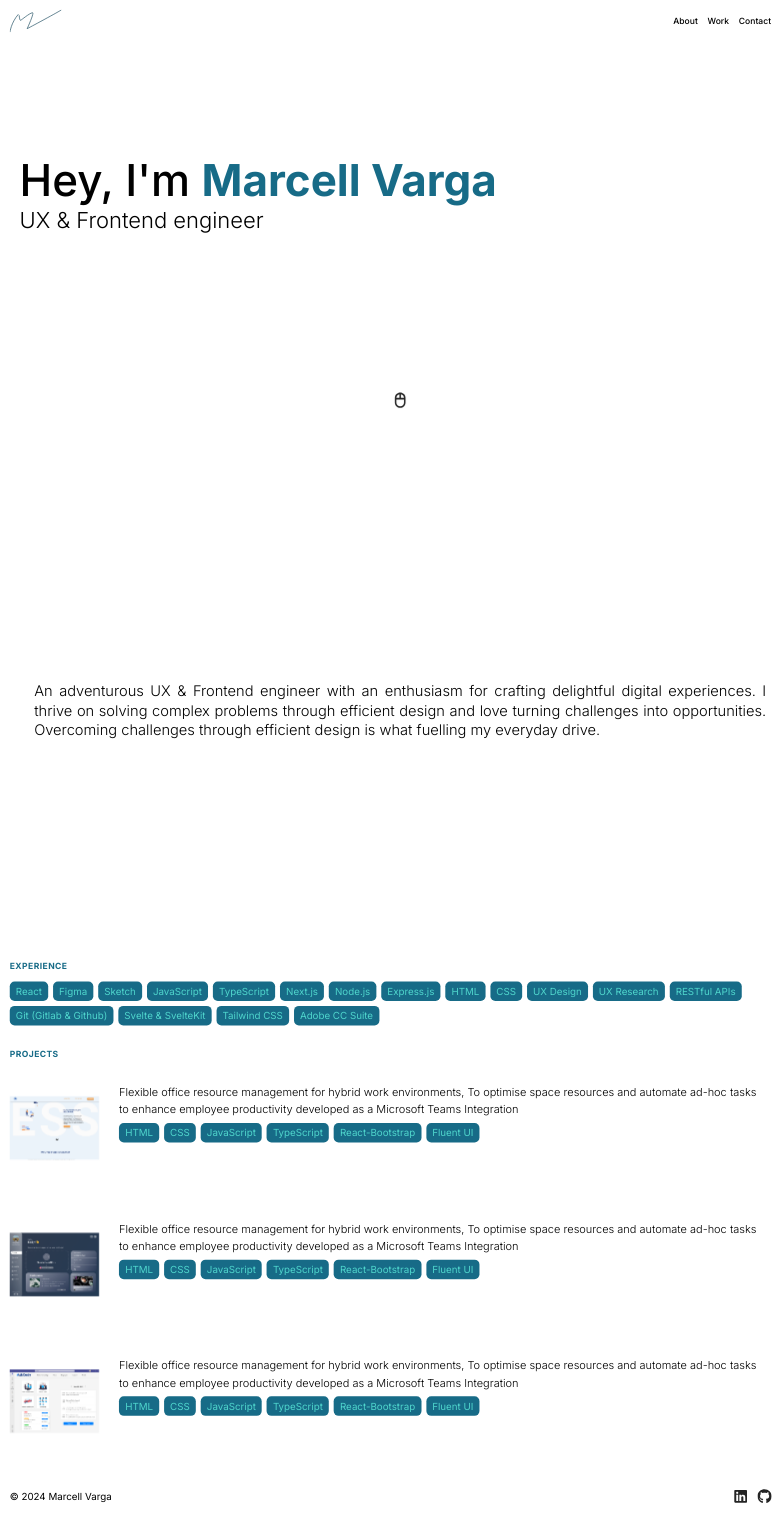
Repository: TheMarcellVarga/personal-portfolio-v.2
Page: /
An editor plug-in stored every save of this project. The page is shown before and after the next save, followed by the edit.
The browser window is 1280 px wide. The pictures show the whole page, at 61% of full size.
The project was rebuilt for these pictures with package versions that can differ from the ones it lists, and the page was loaded fresh each time. The framework's server and built-in components were replaced by stand-ins that run in the browser. Also part of the build but not shown: next.config.mjs.

Above is the page before, as saved 2024-04-25 01:12:05.

### app/layout.tsx
import type { Metadata } from "next";
import { Inter } from "next/font/google";
import "./globals.css";

const inter = Inter({ subsets: ["latin"] });

export const metadata: Metadata = {
  title: {
    template: "%s | Marcell Varga",
    default: "Marcell Varga",
  },
  description: "Marcell Varga Portfolio | UX & Frontend Engineer",
};
export default function RootLayout({
  children,
}: Readonly<{
  children: React.ReactNode;
}>) {
  return (
    <html lang="en">
      <body className={inter.className}>{children}</body>
    </html>
  );
}

### app/page.tsx
"use client";

import { useState } from "react";
import Link from "next/link";
import Image from "next/image";
import IndexSigAnimated from "../public/icons/indexSigAnimated";

// Header component
const Header = () => {
  const [isOpen, setIsOpen] = useState(false);

  return (
    <header className="flex justify-between items-center w-full">
      <div className="flex items-center">
        {/* Icon */}
        <Link href="/">
          <IndexSigAnimated />
        </Link>
      </div>
      <nav className="flex items-center">
        {/* Hamburger Menu */}
        <div
          className={`md:hidden z-2 ${isOpen ? "open" : ""}`}
          onClick={() => setIsOpen(!isOpen)}
        >
          <div className="w-6 h-0.5 bg-gray-800 mb-1"></div>
          <div className="w-6 h-0.5 bg-gray-800 mb-1"></div>
          <div className="w-6 h-0.5 bg-gray-800"></div>
        </div>
        {/* Navigation Links */}
        <div className={`nav-overlay ${isOpen ? "open" : ""}`}>
          <div className={`${isOpen ? "block" : "hidden"} md:flex space-x-4`}>
            <Link href="/about">
              <div
                className="text-sm font-medium"
                style={{ color: isOpen ? "#eeeeee" : "inherit" }}
              >
                About
              </div>
            </Link>
            <Link href="/work">
              <div
                className="text-sm font-medium"
                style={{ color: isOpen ? "#eeeeee" : "inherit" }}
              >
                Work
              </div>
            </Link>
            <Link href="/contact">
              <div
                className="text-sm font-medium"
                style={{ color: isOpen ? "#eeeeee" : "inherit" }}
              >
                Contact
              </div>
            </Link>
          </div>
        </div>
        <div className={`${isOpen ? "hidden" : "block"}`}>
          <div className={`${isOpen ? "block" : "hidden"} md:flex space-x-4`}>
            <Link href="/about">
              <div
                className="text-sm font-medium"
                style={{ color: isOpen ? "#eeeeee" : "inherit" }}
              >
                About
              </div>
            </Link>
            <Link href="/work">
              <div
                className="text-sm font-medium"
                style={{ color: isOpen ? "#eeeeee" : "inherit" }}
              >
                Work
              </div>
            </Link>
            <Link href="/contact">
              <div
                className="text-sm font-medium"
                style={{ color: isOpen ? "#eeeeee" : "inherit" }}
              >
                Contact
              </div>
            </Link>
          </div>
        </div>
      </nav>
    </header>
  );
};

// Footer component
const Footer = () => {
  return (
    <div className="flex w-full flex-row justify-between items-center">
      <div className="flex w-full">© 2024 Marcell Varga</div>
      <div className="flex space-x-4">
        <Image
          src="/icons/linkedin.svg"
          alt="Linkedin Icon"
          width={24}
          height={24}
        />
        <Image
          src="/icons/github.svg"
          alt="GitHub Icon"
          width={24}
          height={24}
        />
      </div>
    </div>
  );
};

const projects = [
  {
    title:
      "Flexible office resource management for hybrid work environments, To optimise space resources and automate ad-hoc tasks to enhance employee productivity developed as a Microsoft Teams Integration",
    description: "",
    skills: [
      "HTML",
      "CSS",
      "JavaScript",
      "TypeScript",
      "React-Bootstrap",
      "Fluent UI",
    ],
    link: "/", // Example link to the project details page
    image: "/images/ess-index.png", // Add the path to the image
  },
  {
    title:
      "Flexible office resource management for hybrid work environments, To optimise space resources and automate ad-hoc tasks to enhance employee productivity developed as a Microsoft Teams Integration",
    description: "",
    skills: [
      "HTML",
      "CSS",
      "JavaScript",
      "TypeScript",
      "React-Bootstrap",
      "Fluent UI",
    ],
    link: "/", // Example link to the project details page
    image: "/images/catchscan-index.png", // Add the path to the image
  },
  {
    title:
      "Flexible office resource management for hybrid work environments, To optimise space resources and automate ad-hoc tasks to enhance employee productivity developed as a Microsoft Teams Integration",
    description: "",
    skills: [
      "HTML",
      "CSS",
      "JavaScript",
      "TypeScript",
      "React-Bootstrap",
      "Fluent UI",
    ],
    link: "/", // Example link to the project details page
    image: "/images/askcody-index.png", // Add the path to the image
  },
  // Add more projects here
];

export default function Page() {
  return (
    <div className="m-4">
      <Header />
      <main className="flex flex-col items-center justify-between h-screen m-4 gap-1 w-full">
        <div className="flex-grow pb-12 w-full flex flex-col items-center justify-center gap-">
          <div className="flex flex-row w-full text-7xl font-medium items-center justify-start">
            Hey, I'm&nbsp;
            <span className="text-custom-blue font-bold">Marcell Varga</span>
          </div>
          <div className="flex w-full text-4xl font-light items-center justify-start my-2">
            UX & Frontend engineer
          </div>
        </div>
        <div className="pb-32 flex flex-col items-center justify-start">
          <Image
            className="animate-moveDown"
            src="/icons/mouseScroll.svg"
            alt="Scroll your mouse down Icon"
            width={30}
            height={30}
          />
        </div>
      </main>
      {/* Drive Section */}
      <section className="flex flex-col items-center justify-between h-screen m-4 gap-1 w-full">
        <div className="flex w-full h-screen text-5xl font-medium items-center justify-start">
          <h2 className="text-2xl font-light text-justify m-6">
            An adventurous UX & Frontend engineer with an enthusiasm for
            crafting delightful digital experiences. I thrive on solving complex
            problems through efficient design and love turning challenges into
            opportunities. Overcoming challenges through efficient design is
            what fuelling my everyday drive.
          </h2>
        </div>
      </section>
      <section className="flex flex-col items-center justify-between my-4 gap-1 w-full">
        {/* New Experience Section */}
        <article className="mt-8 w-full">
          <h2 className="text-custom-blue text-sm font-bold mb-4 tracking-wider uppercase">
            Experience
          </h2>
          <div className="flex flex-wrap gap-2">
            {[
              "React",
              "Figma",
              "Sketch",
              "JavaScript",
              "TypeScript",
              "Next.js",
              "Node.js",
              "Express.js",
              "HTML",
              "CSS",
              "UX Design",
              "UX Research",
              "RESTful APIs",
              "Git (Gitlab & Github)",
              "Svelte & SvelteKit",
              "Tailwind CSS",
              "Adobe CC Suite",
            ].map((skill) => (
              <div
                key={skill}
                className="bg-custom-blue text-custom-teal px-2.5 py-1 rounded-lg"
              >
                {skill}
              </div>
            ))}
          </div>
        </article>
        <article className="my-8 w-full">
          <h2 className="text-custom-blue text-sm font-bold mb-4 tracking-wider uppercase">
            Projects
          </h2>
          <div className="flex flex-col gap-8">
            {projects.map((project) => (
              <div key={project.title} className="flex gap-2">
                <div className="w-60 h-full relative rounded-lg overflow-hidden y-5">
                  <div className="h-48">
                    <Image
                      src={project.image} // Use the image path from the project object
                      alt={project.title} // Use the project title as the alt text
                      layout="fill" // Make the image fill its container
                      objectFit="contain" // Adjust the image's aspect ratio to cover the container
                    />
                  </div>
                </div>
                <div className="flex flex-col m-6 gap-2">
                  <Link
                    href={project.link}
                    className="text-lg font-light text-justify"
                  >
                    <div>{project.title}</div>
                    <div>{project.description}</div>
                  </Link>
                  <div className="flex flex-wrap gap-2">
                    {project.skills.map((skill) => (
                      <div
                        key={skill}
                        className="bg-custom-blue text-custom-teal px-2.5 py-1 rounded-lg"
                      >
                        {skill}
                      </div>
                    ))}
                  </div>
                </div>
              </div>
            ))}
          </div>
        </article>
      </section>
      <Footer />
    </div>
  );
}

### app/globals.css
@tailwind base;
@tailwind components;
@tailwind utilities;

/* :root {
  --foreground-rgb: 0, 0, 0;
  --background-start-rgb: 214, 219, 220;
  --background-end-rgb: 255, 255, 255;
}

@media (prefers-color-scheme: dark) {
  :root {
    --foreground-rgb: 255, 255, 255;
    --background-start-rgb: 0, 0, 0;
    --background-end-rgb: 0, 0, 0;
  }
}

body {
  color: rgb(var(--foreground-rgb));
  background: linear-gradient(
      to bottom,
      transparent,
      rgb(var(--background-end-rgb))
    )
    rgb(var(--background-start-rgb));
}

@layer utilities {
  .text-balance {
    text-wrap: balance;
  }
} */

@-webkit-keyframes animate-svg-stroke-1 {
  0% {
    stroke-dashoffset: 210.06117248535156px;
    stroke-dasharray: 210.06117248535156px;
  }

  100% {
    stroke-dashoffset: 420.1223449707031px;
    stroke-dasharray: 210.06117248535156px;
  }
}

@keyframes animate-svg-stroke-1 {
  0% {
    stroke-dashoffset: 210.06117248535156px;
    stroke-dasharray: 210.06117248535156px;
  }

  100% {
    stroke-dashoffset: 420.1223449707031px;
    stroke-dasharray: 210.06117248535156px;
  }
}

.svg-elem-1 {
  -webkit-animation: animate-svg-stroke-1 1s ease-in-out 1s both;
  animation: animate-svg-stroke-1 1s ease-in-out 1s both;
}

@-webkit-keyframes animate-svg-stroke-2 {
  0% {
    stroke-dashoffset: 798.271240234375px;
    stroke-dasharray: 798.271240234375px;
  }

  100% {
    stroke-dashoffset: 1596.54248046875px;
    stroke-dasharray: 798.271240234375px;
  }
}

@keyframes animate-svg-stroke-2 {
  0% {
    stroke-dashoffset: 798.271240234375px;
    stroke-dasharray: 798.271240234375px;
  }

  100% {
    stroke-dashoffset: 1596.54248046875px;
    stroke-dasharray: 798.271240234375px;
  }
}

.svg-elem-2 {
  -webkit-animation: animate-svg-stroke-2 1s ease-in-out 1.12s both;
  animation: animate-svg-stroke-2 1s ease-in-out 1.12s both;
}

@-webkit-keyframes animate-svg-stroke-3 {
  0% {
    stroke-dashoffset: 2px;
    stroke-dasharray: 2px;
  }

  100% {
    stroke-dashoffset: 4px;
    stroke-dasharray: 2px;
  }
}

@keyframes animate-svg-stroke-3 {
  0% {
    stroke-dashoffset: 2px;
    stroke-dasharray: 2px;
  }

  100% {
    stroke-dashoffset: 4px;
    stroke-dasharray: 2px;
  }
}

.svg-elem-3 {
  -webkit-animation: animate-svg-stroke-3 1s ease-in-out 1.24s both;
  animation: animate-svg-stroke-3 1s ease-in-out 1.24s both;
}

/* CSS for the overlay */
.nav-overlay {
  position: fixed;
  top: 0;
  right: 0;
  width: 80%; /* Adjust the width as needed */
  height: 100%;
  background-color: rgba(23, 107, 135, 1); /* Semi-transparent background */
  transform: translateX(100%); /* Hidden off-screen to the right */
  transition: transform 0.3s ease-out; /* Smooth transition */
  display: flex;
  flex-direction: column;
  justify-content: center;
  align-items: center;
  padding: 2rem;
  z-index: 2; /* Ensure it's above other content */
}

.nav-overlay.open {
  transform: translateX(0); /* Slide in from the right */
}

/* Hamburger menu with increased z-index when open */
.md\:hidden {
  cursor: pointer;
  z-index: 2; /* Default z-index */
}

.md\:hidden.open {
  z-index: 5; /* Increased z-index when open */
}

/* Hamburger menu lines */
.md\:hidden > div {
  transition: all 0.3s ease;
}

/* Top line of the hamburger menu */
.md\:hidden > div:nth-child(1) {
  transform-origin: center;
}

/* Middle line of the hamburger menu */
.md\:hidden > div:nth-child(2) {
  transform-origin: center;
}

/* Bottom line of the hamburger menu */
.md\:hidden > div:nth-child(3) {
  transform-origin: center;
}

/* Animation for the hamburger menu to become a cross */
.md\:hidden.open > div:nth-child(1) {
  transform: rotate(45deg);
}

.md\:hidden.open > div:nth-child(2) {
  opacity: 0;
}

.md\:hidden.open > div:nth-child(3) {
  transform: rotate(-45deg);
}

/* Hamburger menu with increased z-index when open */
.md\:hidden {
  cursor: pointer;
  z-index: 2; /* Default z-index */
}

.md\:hidden.open {
  z-index: 5; /* Increased z-index when open */
}

/* CSS for the close button */
.close-btn {
  position: absolute;
  top: 1rem;
  right: 1rem;
  background: none;
  border: none;
  font-size: 1.5rem;
  color: #fff;
  cursor: pointer;
}

@keyframes moveDown {
  0% {
    transform: translateY(0);
  }
  100% {
    transform: translateY(10px); /* Adjust the value as needed */
  }
}

.animate-moveDown {
  animation: moveDown 2s infinite alternate ease-in-out; /* Adjust the duration as needed */
}

### public/icons/indexSigAnimated.tsx
import React from 'react';

const IndexSigIcon: React.FC = () => {
 return (
    <svg className="svg-elem-1" width="85" height="37" viewBox="0 0 85 37" fill="none" xmlns="http://www.w3.org/2000/svg">
      <g clipPath="url(#clip0_18_152)">
        <path d="M0.396973 36.3291C0.396973 36.3291 1.80464 21.811 13.6633 7.89246" stroke="#053B50" strokeLinecap="round" strokeLinejoin="round"/>
        <path d="M84.6029 0.378418C83.4907 1.72562 28.5188 31.0478 28.5188 31.0478C34.2765 18.2493 39.5275 5.38881 37.4414 4.87415C37.3274 4.8523 37.2096 4.85749 37.0982 4.88928C31.574 6.017 19.8186 16.4677 17.715 17.2805C17.665 17.3015 17.6107 17.3113 17.5561 17.3093C16.4821 17.2881 15.8514 13.5856 15.4907 9.68776" stroke="#053B50" strokeLinecap="round" strokeLinejoin="round"/>
      </g>
      <defs>
        <clipPath id="clip0_18_152">
          <rect width="85" height="36.7076" fill="white"/>
        </clipPath>
      </defs>
    </svg>
 );
};

export default IndexSigIcon;

### tailwind.config.ts
import type { Config } from "tailwindcss";

const config: Config = {
  content: [
    "./pages/**/*.{js,ts,jsx,tsx,mdx}",
    "./components/**/*.{js,ts,jsx,tsx,mdx}",
    "./app/**/*.{js,ts,jsx,tsx,mdx}",
  ],
  theme: {
    extend: {
      backgroundImage: {
        "gradient-radial": "radial-gradient(var(--tw-gradient-stops))",
        "gradient-conic":
          "conic-gradient(from 180deg at 50% 50%, var(--tw-gradient-stops))",
      },
      colors: {
        "custom-blue": "#176B87",
        "custom-teal": "#4FD5CC",
      },
    },
  },
  plugins: [],
};

export default config;

After the next save:
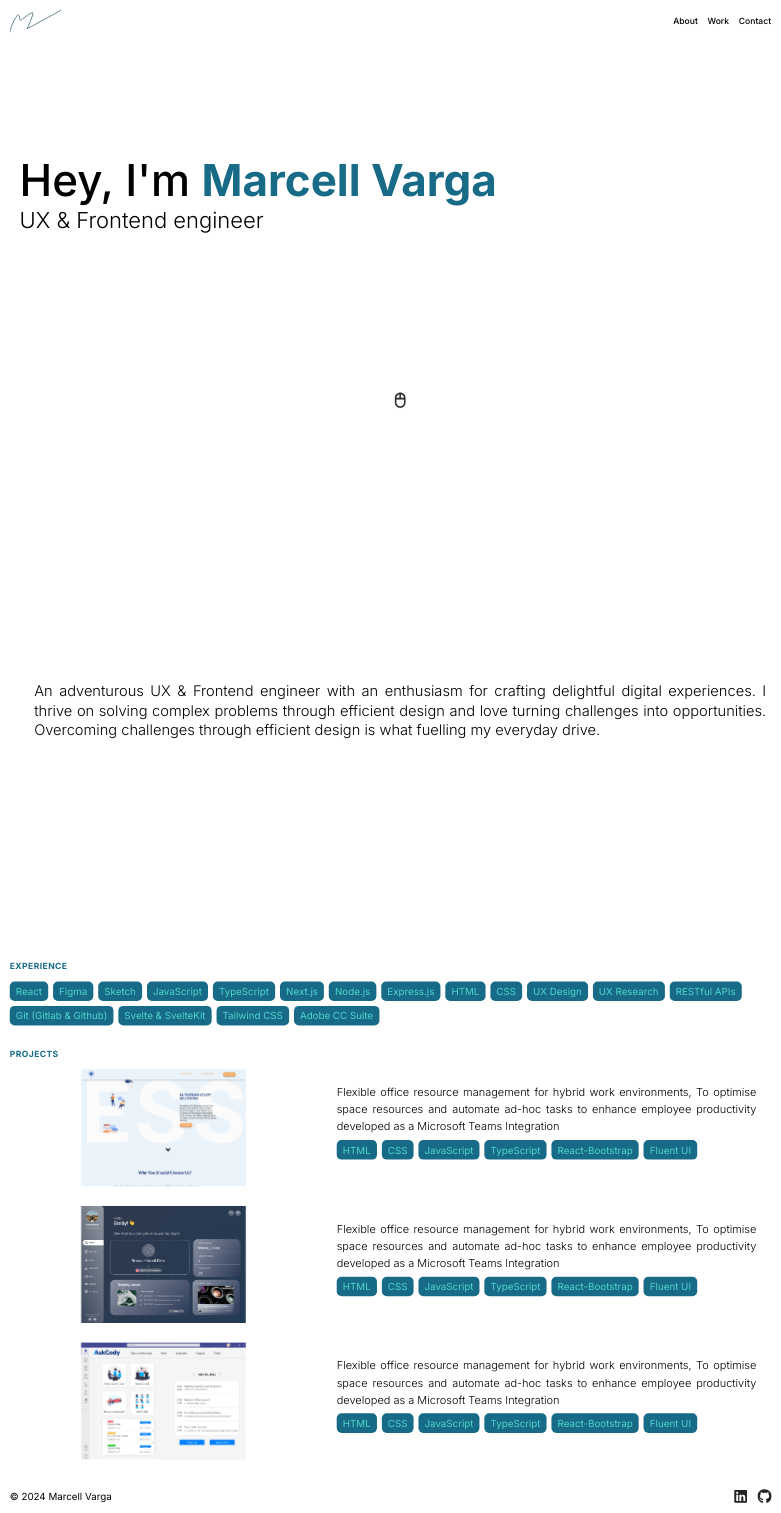
Saved 5 s later.
--- a/app/page.tsx
+++ b/app/page.tsx
@@ -239,7 +239,7 @@ export default function Page() {
           <div className="flex flex-col gap-8">
             {projects.map((project) => (
               <div key={project.title} className="flex gap-2">
-                <div className="w-60 h-full relative rounded-lg overflow-hidden y-5">
+                <div className="w-full h-full relative rounded-lg overflow-hidden y-5">
                   <div className="h-48">
                     <Image
                       src={project.image} // Use the image path from the project object
